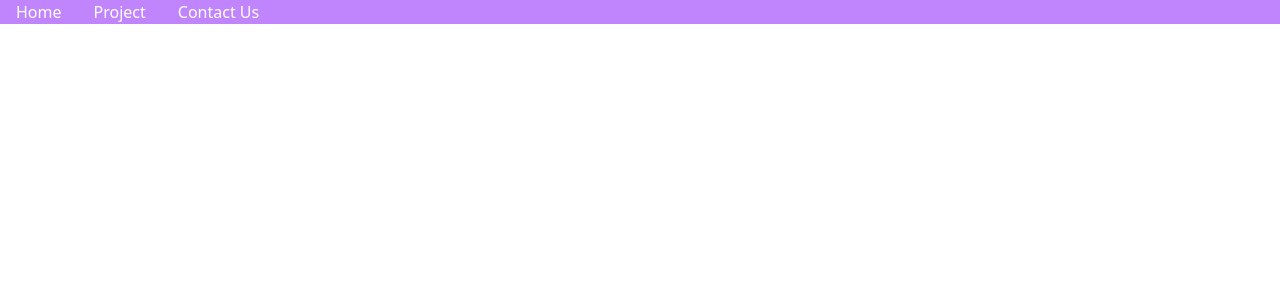
Repository: ashut6138/RozarpayClone
Page: Desktop/RozarpayClone/index.html
These files come from the project's save history. The page is drawn as it stood at one moment and after the next save; the edit follows.
The browser window is 1280 px wide. The pictures show the whole page.
Some web libraries are served in a nearby version.

Above is the page before, as saved 2025-01-21 23:14:28.

### Desktop/RozarpayClone/index.html
<!DOCTYPE html>
<html lang="en">
<head>
    <meta charset="UTF-8">
    <meta name="viewport" content="width=device-width, initial-scale=1.0">
    <title>tailwind intro</title>
    <link rel="stylesheet" href="./main.css">
    <script src="https://cdn.tailwindcss.com"></script>
</head>
<body>
    <nav>
        <ul class=" bg-purple-400 flex">
            <li class="mx-4 text-white">Home</li>
            <li class="mx-4 text-white">Project</li>
            <li class="mx-4 text-white">Contact Us</li>
        </ul>
    </nav>

</body>
</html>

Loaded but not shown: Desktop/RozarpayClone/main.css (common file)

After the next save:
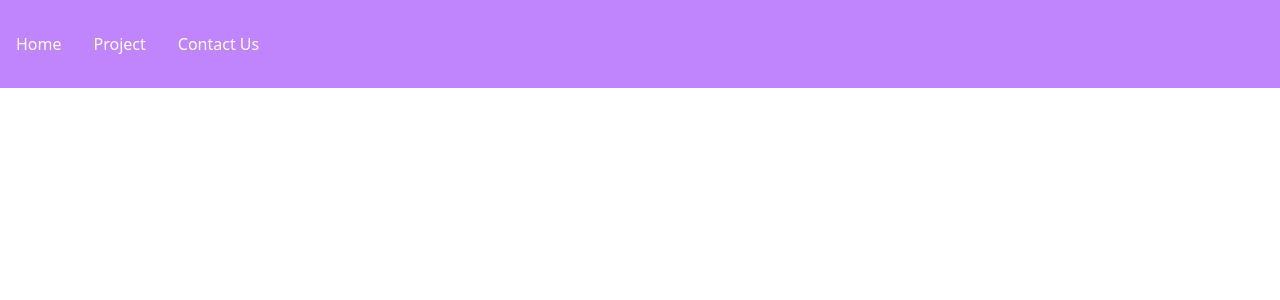
Saved 33 s later.
--- a/Desktop/RozarpayClone/index.html
+++ b/Desktop/RozarpayClone/index.html
@@ -9,7 +9,7 @@
 </head>
 <body>
     <nav>
-        <ul class=" bg-purple-400 flex">
+        <ul class="py-8 bg-purple-400 flex">
             <li class="mx-4 text-white">Home</li>
             <li class="mx-4 text-white">Project</li>
             <li class="mx-4 text-white">Contact Us</li>
